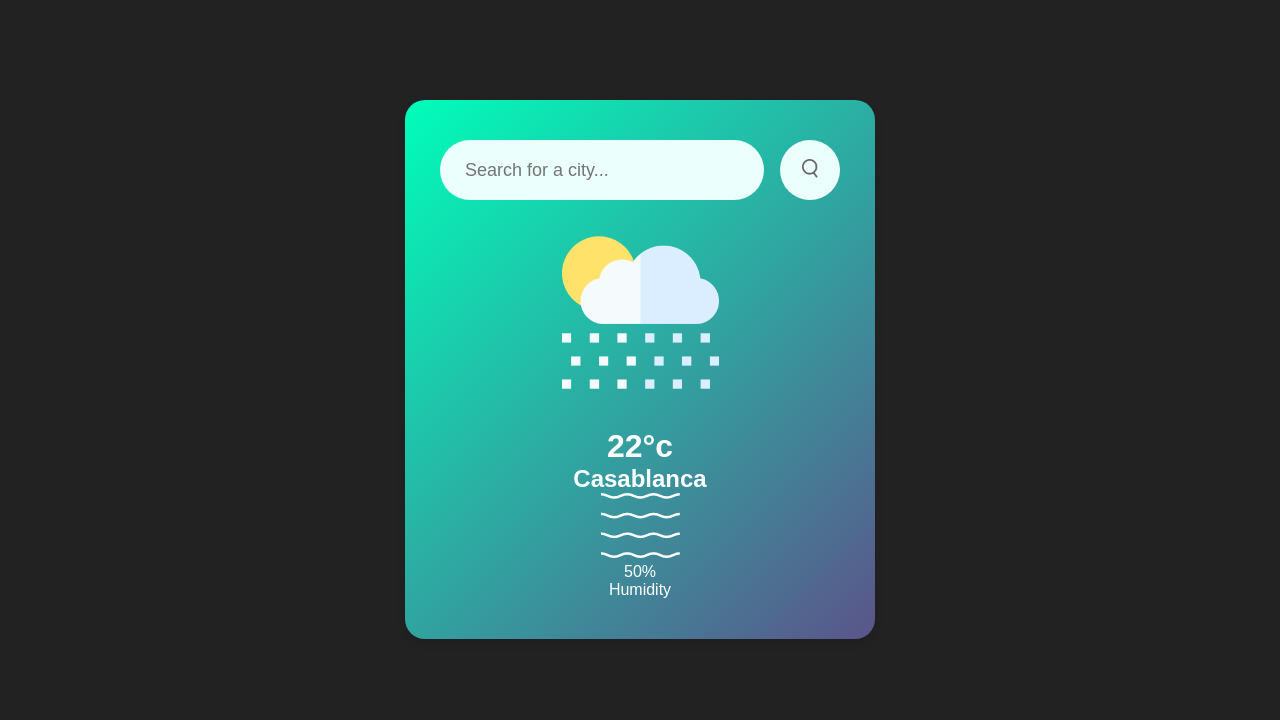
Repository: Abdelilah-Lakrim/Weather-App
Page: index.html
An editor plug-in stored every save of this project. The page is shown before and after the next save, followed by the edit.
The browser window is 1280 px wide. The pictures show the whole page.

Above is the page before, as saved 2025-06-17 11:14:06.

After the next save:
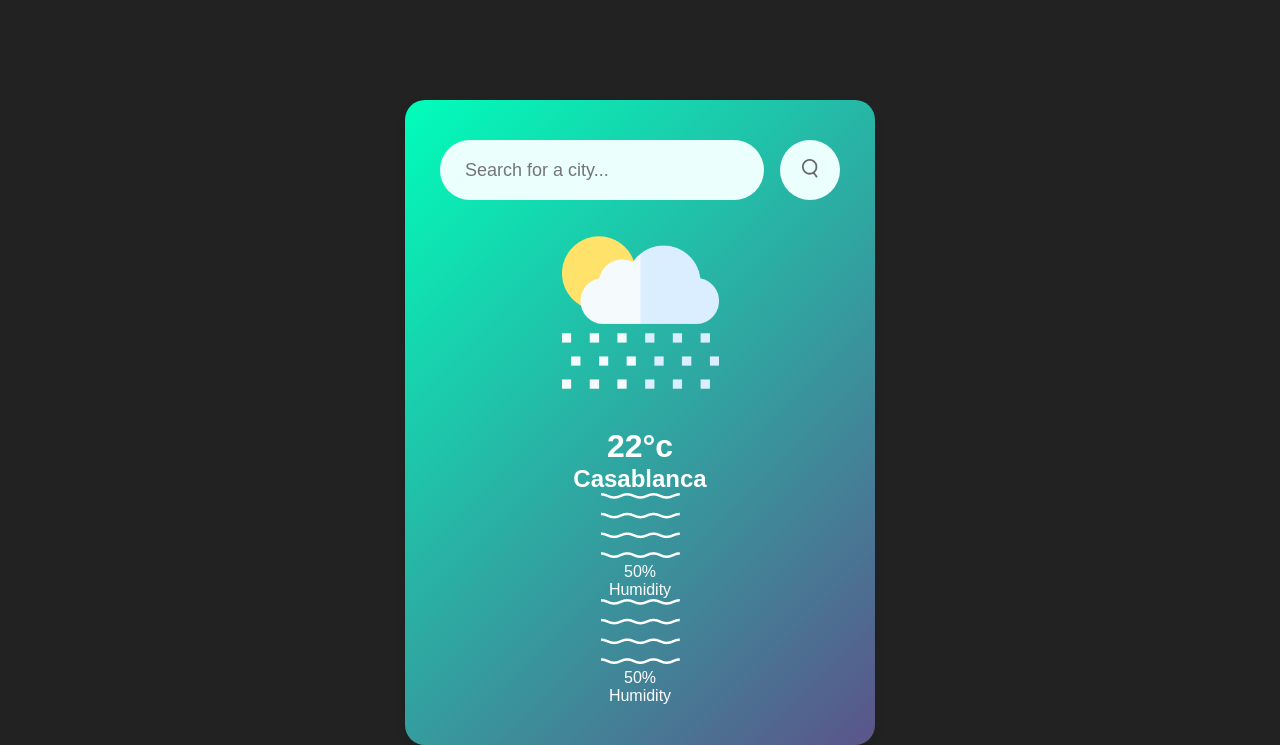
Saved 13 s later.
--- a/index.html
+++ b/index.html
@@ -24,6 +24,13 @@
                         <p>Humidity</p>
                     </div>
                 </div>
+                <div class="col">
+                    <img src="images/humidity.png">
+                    <div>
+                        <p class="humidity">50%</p>
+                        <p>Humidity</p>
+                    </div>
+                </div>
             </div>
         </div>
     </div>
